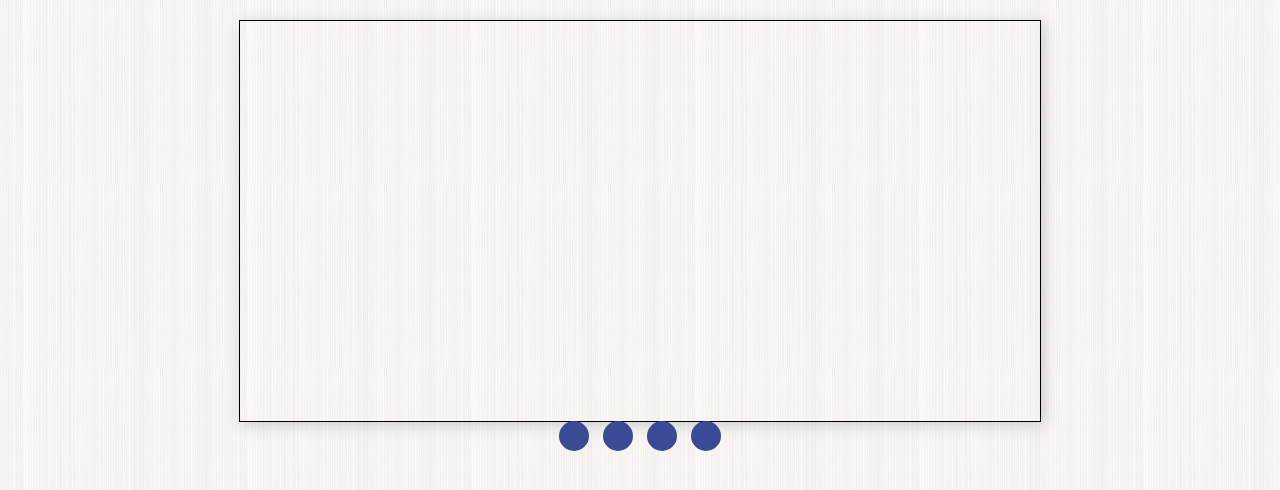
Repository: lauroPereira/study
Page: http://localhost/modules/home/home.php
These files come from the project's save history. The page is drawn as it stood at one moment and after the next save; the edit follows.
The browser window is 1280 px wide. The pictures show the whole page.
The page is run by PHP 8.4 with error messages shown; the project is at /var/www/html/.

Above is the page before, as saved 2016-06-14 04:31:39.

After the next save:
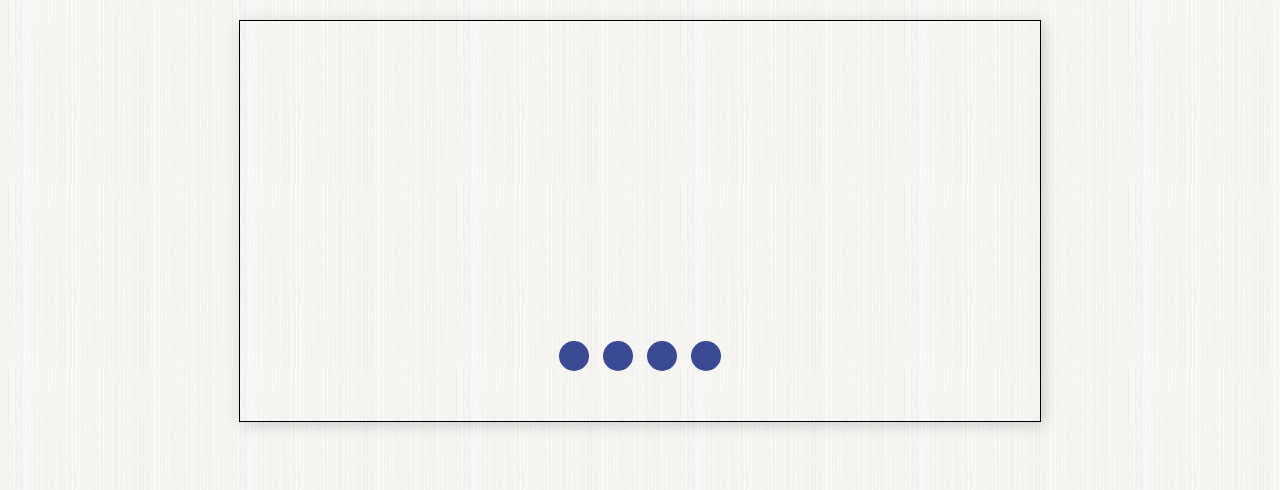
Saved 4 s later.
--- a/TrabalhoFinalWeb/css/home.css
+++ b/TrabalhoFinalWeb/css/home.css
@@ -16,7 +16,7 @@
 	background-color: #3A4A95;
 	display: inline-block;
 	margin: 0 auto;
-	margin-top: 50%;
+	margin-top: 40%;
 }
 
 #carousel > div ~ div{
